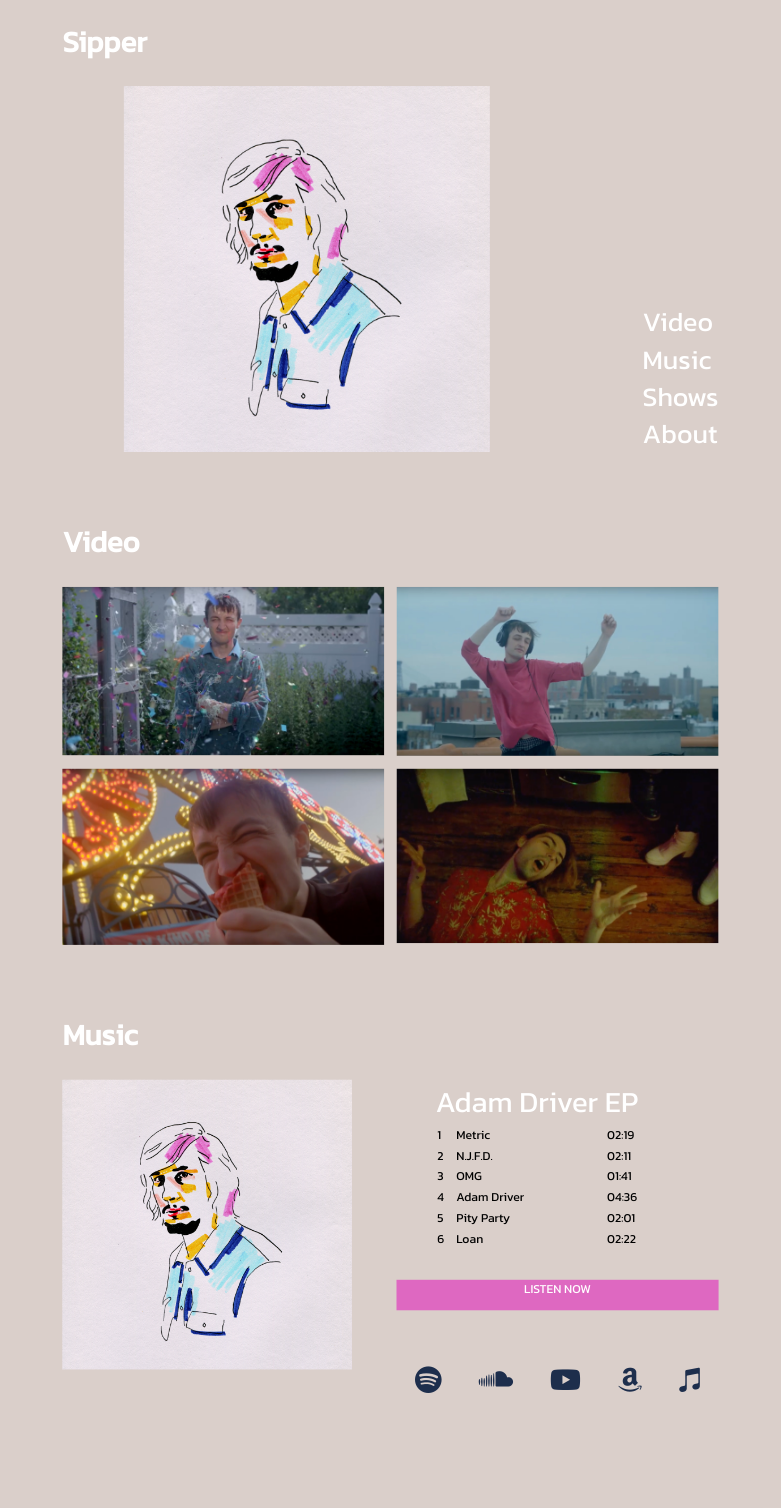
Repository: KrystellBarraza/SipperNYC
Page: index.html
An editor plug-in stored every save of this project. The page is shown before and after the next save, followed by the edit.
The browser window is 1280 px wide. The pictures show the whole page, at 61% of full size.
Some web libraries are served in a nearby version.

Above is the page before, as saved 2019-08-20 17:13:05.

### index.html
<!DOCTYPE html>
    <head>
        <meta charset="utf-8">
        <meta http-equiv="X-UA-Compatible" content="IE=edge">
        <title>Sipper</title>
        <meta name="description" content="Wholesome and intrinsically delicate, SIPPER is an NYC based band who wants nothing more than to make you enjoy whatever they put out.">
        <meta name="viewport" content="width=device-width, initial-scale=1">
        <script src="https://kit.fontawesome.com/0942df55aa.js"></script>
        <script src="https://ajax.googleapis.com/ajax/libs/jquery/3.4.1/jquery.min.js"></script>
        <link rel="stylesheet" href="https://ajax.googleapis.com/ajax/libs/jqueryui/1.12.1/themes/smoothness/jquery-ui.css">
        <script src="https://ajax.googleapis.com/ajax/libs/jqueryui/1.12.1/jquery-ui.min.js"></script>
        <link href="https://fonts.googleapis.com/css?family=Kanit&display=swap" rel="stylesheet">
        <link rel="stylesheet" href="venobox/venoboxcopy.css" type="text/css" media="screen">
        <link rel="stylesheet" href="style.css">
    </head>
    <body>

        <div class="container-home">
            <div class="head">
                <header>
                    <h1><a href="index.html">Sipper</a></h1>

                    <div id="toggleText">
                        <p class="menuToggle Open placeHolder"></p>
                        <p class="menuToggle Close" style="color: #FFF;"></p>
                    </div>

                    <div id="menu">
                        <ul id="hiddenMenu">
                            <li><a href="#video">Video</a></li>
                            <li><a href="#music">Music</a></li>
                            <li><a href="#shows">Shows</a></li>
                            <li><a href="#about">About</a></li>
                        </ul>
                    </div>

                    <div class="inlineMenu">
                        <a href="#video">Video</a>
                        <a href="#music">Music</a>
                        <a href="#shows">Shows</a>
                        <a href="#about">About</a>
                    </div>

                </header>
            </div>

            <div id="menu-container"></div>

            <div class="menu">
                <div class="flexbox-nav">
                    <nav class="side-Nav">
                        <li><a href="#video">Video</a></li>
                        <li><a href="#music">Music</a></li>
                        <li><a href="#shows">Shows</a></li>
                        <li><a href="#about">About</a></li>
                    </nav>
                </div>
            </div>

            <div class="album">
                <img src="images/albumcover.jpg">
            </div>

            <div class="footer"></div>

        </div>


        <div class="container-video">
            <div class="head-video">
                <h1 id="video">Video</h1>
            </div>

            <div class="container video-a">
                <div class="content">
                    <a class="venobox" data-autoplay="true" data-vbtype="video" data-gall="myGallery" href="https://youtu.be/N3MalJX4Ll4">
                        <div class="content-overlay"></div>
                        <img class="content-image" src="images/AdamDriver.jpg" alt="Adam Driver">
                        <div class="content-details fadeIn-bottom">
                            <p class="content-title">Adam Driver</p>
                        </div>
                    </a>
                </div>
            </div>

            <div class="container video-b">
                <div class="content">
                    <a class="venobox" data-autoplay="true" data-vbtype="video" data-gall="myGallery" href="https://youtu.be/suzVxfuO1rU">
                        <div class="content-overlay"></div>
                        <img class="content-image" src="images/Metric.jpg" alt="Metric">
                        <div class="content-details fadeIn-top">
                            <p class="content-title">Metric</p>
                        </div>
                    </a>
                </div>
            </div>

            <div class="container video-c">
                <div class="content">
                    <a class="venobox" data-autoplay="true" data-vbtype="video" data-gall="myGallery" href="https://youtu.be/sNYNVeHuiyg">
                        <div class="content-overlay"></div>
                        <img class="content-image" src="images/NJFD.jpg" alt="N.J.F.D.">
                        <div class="content-details fadeIn-left">
                            <p class="content-title">N.J.F.D.</p>
                        </div>
                    </a>
                </div>
            </div>

            <div class="container video-d">
                <div class="content">
                    <a class="venobox" data-autoplay="true" data-vbtype="video" data-gall="myGallery" href="https://youtu.be/S9CmWtUvWd0">
                        <div class="content-overlay"></div>
                        <img class="content-image" src="images/OMG.jpg" alt="OMG">
                        <div class="content-details fadeIn-right">
                            <p class="content-title">OMG</p>
                        </div>
                    </a>
                </div>
            </div>

            <div class="footer-video"></div>

        </div>

        <div class="container-music">
            <div class="head-music">
                    <h1 id="music">Music</h1>
            </div>

            <img class="ep music-e" src="images/albumcover.jpg" alt="Adam Driver EP">

            <div class="music-k">
                <p class="ep-title">Adam Driver EP</p>

                <table class="musicTable">
                    <tr>
                        <td>1</td>
                        <td>Metric</td>
                        <td>02:19</td>
                    </tr>
                    <tr>
                        <td>2</td>
                        <td>N.J.F.D.</td>
                        <td>02:11</td>
                    </tr>
                    <tr>
                        <td>3</td>
                        <td>OMG</td>
                        <td>01:41</td>
                    </tr>
                    <tr>
                        <td>4</td>
                        <td>Adam Driver</td>
                        <td>04:36</td>
                    </tr>
                    <tr>
                        <td>5</td>
                        <td>Pity Party</td>
                        <td>02:01<td>
                    </tr>
                    <tr>
                        <td>6</td>
                        <td>Loan</td>
                        <td>02:22</td>
                    </tr>
                </table>
            </div>

            <div class="music-j">
                <div class="listen">
                    <a href="https://levelmusic.lnk.to/AdamDriver_EP" target="_blank">Listen Now</a>
                </div>
            </div>

            <div class="fabIcons music-g">
                <a href="https://open.spotify.com/album/55qLPgpA8Q9fKp5JZo5pjp" target="_blank"><i class="fab fa-spotify"></i></a>
                <a href="https://soundcloud.com/invertebratemusic/sets/sipper-adam-driver-ep" target="_blank"><i class="fab fa-soundcloud"></i></a>
                <a href="https://www.youtube.com/channel/UC4grwiaSitqhA_vmRum_fdg/search?query=sipper" target="_blank"><i class="fab fa-youtube"></i></a>
                <a href="https://www.amazon.com/gp/product/B07QJBL8ZX/ref=dm_ws_sp_ps_dp" target="_blank"><i class="fab fa-amazon"></i></a>
                <a href="https://music.apple.com/us/album/1459355658?app=music" target="_blank"><i class="fab fa-itunes-note"></i></a>
            </div>

            <div class="footer-music"></div>

        </div>

        <script src="app.js" async defer></script>
        <script src="venobox/venobox.mincopy.js" async defer></script>
    </body>
</html>

### style.css
* {
    box-sizing: border-box;
}

html {
    scroll-behavior: smooth;
}

body {
    margin: 0;
    background-color: #dacfca;
}

p, li {
    font-family: 'Kanit', sans-serif;
}

p {
    font-size: 18px;
}

h1 {
    font-family: 'Kanit', sans-serif;
    color: #fff;
    font-size: 48px;
}

a {
    text-decoration: none;
    color: #fff;
}

/* Header - Home */

.container-home {
    display: grid;
    grid-template-columns: repeat(12, 1fr);
    grid-template-rows: auto 2fr 1fr;
    grid-gap: 5px;
    grid-column-gap: 20px;
    padding-left: 8%;
    padding-right: 8%;
    grid-template-areas:
    "h h h h h h h h h h h h"
    "c c c c c c c c c m m m"
    "c c c c c c c c c m m m"
    "c c c c c c c c c m m m"
    "f f f f f f f f f f f f";
}

.head {
    grid-area: h;
}

.inlineMenu {
    font-family: 'Kanit', sans-serif;
    font-size: 22px;
    word-spacing: 1em;
    top: 16%;
    right: 10%;
    position: absolute;
}

@media (min-width: 566px) and (max-width: 569px) {
    .inlineMenu {
        top: 19.5%;
        word-spacing: .5em;
    }
}

/* Toggled Header Nav */

#toggleText {
    top: 5%;
    right: 10%;
    color: #fff;
    position: absolute;
    z-index: 10;
}

#menu-container {
    background-color: #03262f;
    position: absolute;
    width: 100%;
    left: 0%;
    height: 100vh;
    z-index: 6;
}

#menu {
    background-color: #03262f;
    position: absolute;
    top: 0%;
    left: 0%;
    width: 100%;
    height: 100vh;
    z-index: 7;
}

#hiddenMenu {
    position: absolute;
    top: 30%;
}

p.placeHolder {
    display: none;
}

p.Open:before {
    content: "Menu";
}

p.Close:before {
    content: "Close";
}

ul {
    list-style: none;
}

li {
    font-size: 44px;
    line-height: 46pt;
}

/* Toggled Menu Media Queries */

@media only screen and (max-width: 450px) {
    nav {
        visibility: hidden;
    }
}

@media only screen and (min-width: 450px) {
    #toggleText {
        visibility: hidden;
    }

    #menu {
        visibility: hidden;
    }

    #menu-container {
        visibility: hidden;
    }
}

/* Scrollbar */

::-webkit-scrollbar { width: 8px; }

::-webkit-scrollbar-track { color: transparent; }

::-webkit-scrollbar-thumb {
    background-color: rgba(000, 0, 0, 0.2);
    border-radius: 5px;
}

/* Menu */

.menu {
    grid-area: m;
}

.flexbox-nav {
    display: flex;
    align-items: flex-end;
    justify-content: flex-end;
    margin-top: 356px;
}

.side-nav {
    align-self: flex-end;
    margin-top: 30px;
}

nav > a {
    font-family: 'Kanit', sans-serif;
    color: #fff;
    font-size: 48px;
}

nav > li {
    list-style-type: none;
    padding: 0;
    margin: 0;
}

@media only screen and (max-width: 416px){
    .menu {
        display: none;
    }

    .container-home {
        display: grid;
        grid-template-columns: repeat(12, 1fr);
        grid-template-rows: auto 2fr 1fr;
        grid-gap: 5px;
        padding-left: 8%;
        padding-right: 8%;
        grid-template-areas:
        "h h h h h h h h h h h h"
        "c c c c c c c c c c c c"
        "c c c c c c c c c c c c"
        "c c c c c c c c c c c c"
        "f f f f f f f f f f f f";
    }

    .album > img {
        object-fit: contain;
        width: 100%;
    }

}

/* Inline Menu Queries */

@media only screen and (max-width: 416px) {
    .inlineMenu {
        display: none;
    }
}

@media only screen and (min-width: 766px){
    .inlineMenu {
        display: none;
    }
}

/* Mobile Landscape Queries */

@media (orientation: landscape) and (max-width: 766px) {
    .menu {
        display: none;
    }

    .container-home {
        display: grid;
        grid-template-columns: repeat(12, 1fr);
        grid-template-rows: auto 2fr 1fr;
        grid-gap: 5px;
        padding-left: 8%;
        padding-right: 8%;
        grid-template-areas:
        "h h h h h h h h h h h h"
        "c c c c c c c c c c c c"
        "c c c c c c c c c c c c"
        "c c c c c c c c c c c c"
        "f f f f f f f f f f f f";
    }

    .album > img {
        object-fit: contain;
        width: 100%;
    }
}

/* Album */

.album {
    grid-area: c;
}

.album > img {
    object-fit: contain;
    width: 100%;
    max-height: 600px;
}

.footer {
    grid-area: f;
    height: 70px;
}


/* Video */

.container-video {
    display: grid;
    grid-template-columns: repeat(12, 1fr);
    grid-template-rows: auto 1fr 1fr;
    grid-gap: 5px;
    grid-column-gap: 20px;
    padding-left: 8%;
    padding-right: 8%;
    grid-template-areas:
    "h h h h h h h h h h h h"
    "a a a a a a b b b b b b"
    "c c c c c c d d d d d d"
    "f f f f f f f f f f f f";
}

.head-video {
    grid-area: h;
}

.video-a {
    grid-area: a;
    justify-self: center;
}

.video-b {
    grid-area: b;
    justify-self: center;
}

.video-c {
    grid-area: c;
    justify-self: center;
}

.video-d {
    grid-area: d;
    justify-self: center;
}

.footer-video {
    grid-area: f;
    height: 70px;
}

.container .title {
    text-align: center;
}

.content {
    position: relative;
    width: 100%;
    max-width: 550px;
    overflow: hidden;
}

.content .content-overlay {
    background: rgba(0,0,0,0.7);
    position: absolute;
    height: 99%;
    width: 100%;
    opacity: 0;
    -webkit-transition: all 0.4s ease-in-out 0s;
    -moz-transition: all 0.4s ease-in-out 0s;
    transition: all 0.4s ease-in-out 0s;
}

.content:hover .content-overlay {
    opacity: 1;
}

.content-image {
    width: 100%;
}

.content-details {
    position: absolute;
    text-align: center;
    padding-left: 1em;
    padding-right: 1em;
    width: 100%;
    top: 50%;
    left: 50%;
    opacity: 0;
    -webkit-transform: translate(-50%, -50%);
    -moz-transform: translate(-50%, -50%);
    transform: translate(-50%, -50%);
    -webkit-transition: all 0.3s ease-in-out 0s;
    -moz-transition: all 0.3s ease-in-out 0s;
    transition: all 0.3s ease-in-out 0s;
}

.content:hover .content-details {
    top: 50%;
    left: 50%;
    opacity: 1;
}

.content-details p {
    color: #fff;
    font-weight: 500;
    letter-spacing: 0.15em;
    margin-bottom: 0.5em;
    font-size: 0.8em;
    text-transform: uppercase;
}

.fadeIn-bottom {
    top: 80%;
}

.fadeIn-top {
    top: 20%;
}

.fadeIn-left {
    left: 20%;
}

.fadeIn-right {
    left: 80%;
}

@media only screen and (max-width: 416px){
    .container-video {
        display: grid;
        grid-template-columns: repeat(12, 1fr);
        grid-template-rows: auto 1fr 1fr;
        grid-gap: 5px;
        padding-left: 8%;
        padding-right: 8%;
        grid-template-areas:
        "h h h h h h h h h h h h"
        "a a a a a a a a a a a a"
        "b b b b b b b b b b b b"
        "c c c c c c c c c c c c"
        "d d d d d d d d d d d d"
        "f f f f f f f f f f f f";
    }

}

/* Music */

.container-music {
    display: grid;
    grid-template-columns: repeat(12, 1fr);
    grid-template-rows: repeat(6, 1fr);
    grid-gap: 5px;
    grid-column-gap: 20px;
    padding-left: 8%;
    padding-right: 8%;
    grid-template-areas:
    "h h h h h h h h h h h h"
    "e e e e e e k k k k k k"
    "e e e e e e k k k k k k"
    "e e e e e e j j j j j j"
    "e e e e e e g g g g g g"
    "f f f f f f f f f f f f";
}

.head-music {
    grid-area: h;
}

.music-e {
    grid-area: e;
}

.ep {
    width: 90%;
}

.music-g {
    grid-area: g;
    align-items: center;
}

.fabIcons {
    display: flex;
    justify-content: space-around;
}

i {
    font-family:'FontAwesome';
    font-size: 45px;
    color: #1d2e4c;
    transition: 0.5s;
}

i.fab:hover {
    color: #3a527c;
}

.music-j {
    grid-area: j;
}

.ep-title {
    font-size: 48px;
    color: #fff;
    margin: 0;
}

.musicTable {
    font-family: 'Kanit', sans-serif;
    border: 0;
    font-size: 20px;
    width: 400px;
}

.listen {
    margin-top: 45px;
    background: #de68c1;
    height: 50px;
    font-family: 'Kanit', sans-serif;
    text-transform: uppercase;
    text-align: center;
    max-height: 65px;
    font-size: 1.25em;
    -webkit-transition: 0.5s;
    transition: 0.5s;
    border: none;
}

.listen:hover {
    background: #e794ce;
}

.music-k {
    grid-area: k;
    justify-self: center;
}

.footer-music {
    grid-area: f;
    height: 70px;
}

### app.js
$(document).ready(() => {
    $('#toggleText').click(() => {
      $('.menuToggle').toggleClass('placeHolder');
      $('#menu').toggle('slide',{direction:'up'}, 1000);
      $('#menu-container').toggle('fade',{direction: 'down'}, 500);
    });
  });

  $(document).ready(function(){
    $('.venobox').venobox({
        spinner:'three bounce',
        closeBackground: 'transparent'
    });
});

Loaded but not shown: venobox/venoboxcopy.css (common file); venobox/venobox.mincopy.js (library)

After the next save:
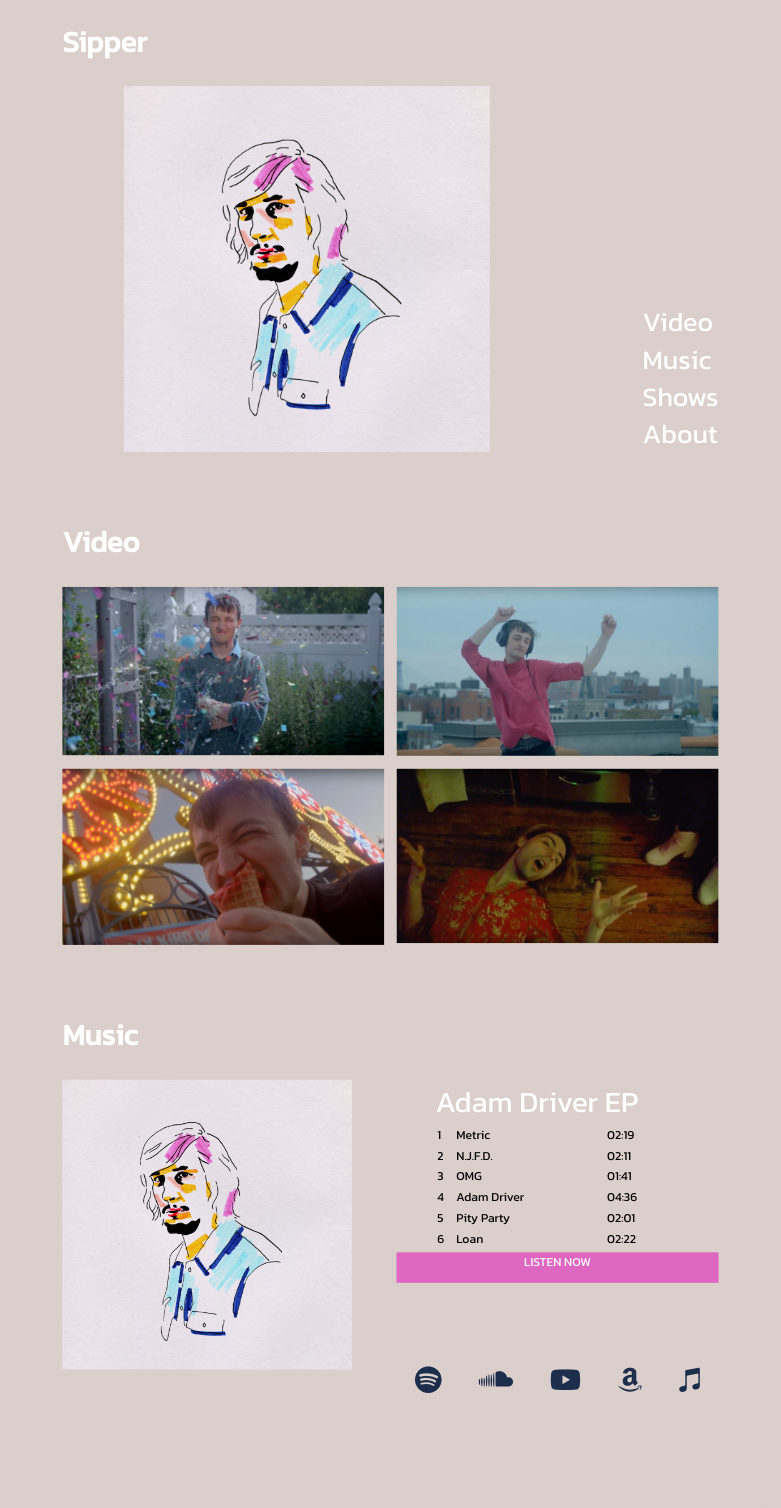
Saved 38 s later.
--- a/style.css
+++ b/style.css
@@ -486,7 +486,7 @@ i.fab:hover {
 }
 
 .listen {
-    margin-top: 45px;
+
     background: #de68c1;
     height: 50px;
     font-family: 'Kanit', sans-serif;
